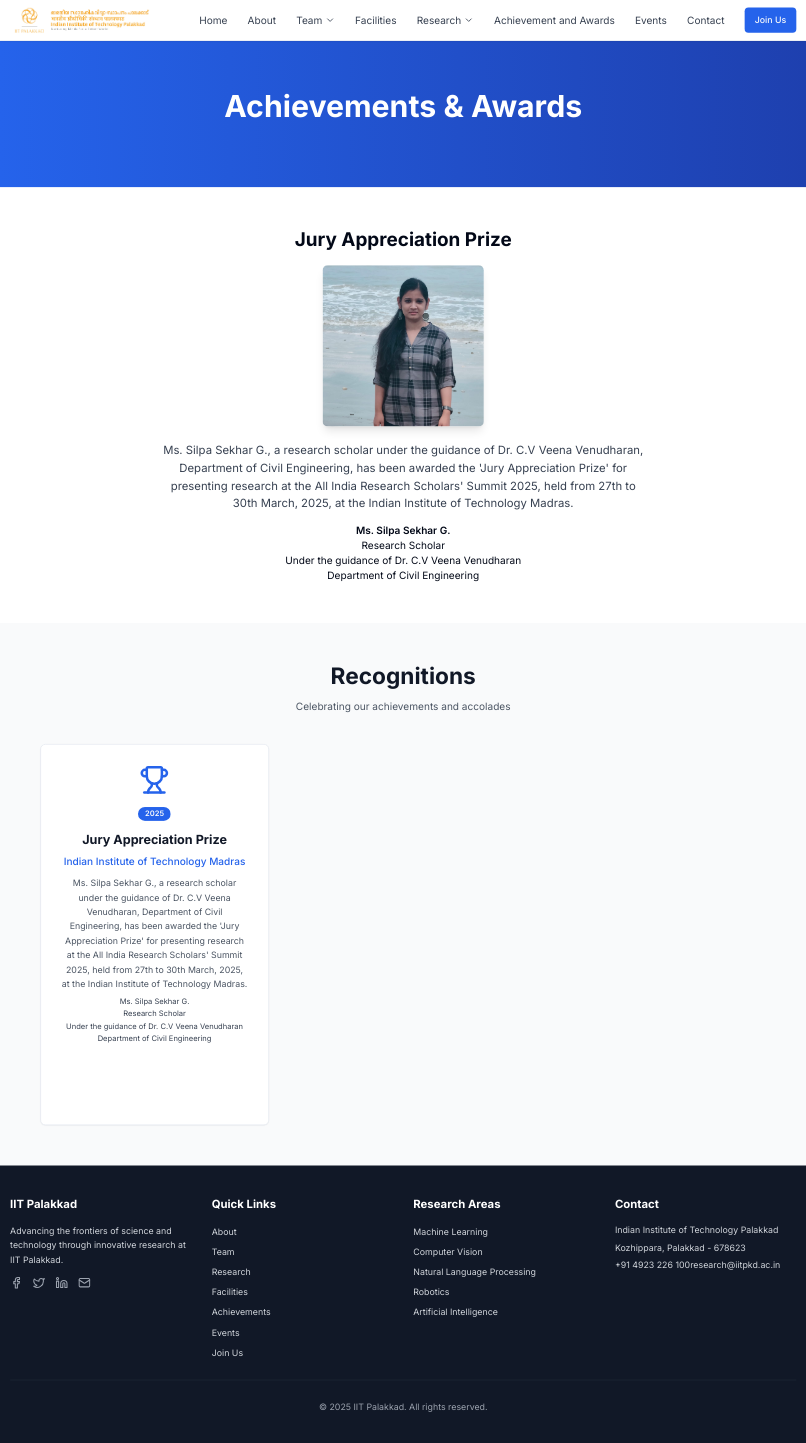
Repository: Gopikrish-30/ARISE
Page: /achievements
An editor plug-in stored every save of this project. The page is shown before and after a run of saves, followed by the edit.
The browser window is 1280 px wide. The pictures show the whole page, at 63% of full size.
The project was rebuilt for these pictures with package versions that can differ from the ones it lists, and the page was loaded fresh each time. The framework's server and built-in components were replaced by stand-ins that run in the browser. Also part of the build but not shown: next.config.mjs.

Above is the page before, as saved 2025-06-29 18:32:59.

### app/layout.tsx
import type React from "react"
import type { Metadata } from "next"
import { Inter } from "next/font/google"
import "./globals.css"
import { Navbar } from "@/components/navbar"
import { Footer } from "@/components/footer"

const inter = Inter({ subsets: ["latin"] })

export const metadata: Metadata = {
  title: "IIT Palakkad - Department Showcase",
  description: "Advancing the frontiers of science and technology through innovative research at IIT Palakkad",
}

export default function RootLayout({
  children,
}: {
  children: React.ReactNode
}) {
  return (
    <html lang="en">
      <body className={inter.className}>
        <Navbar />
        <main className="min-h-screen">{children}</main>
        <Footer />
      </body>
    </html>
  )
}

### app/achievements/page.tsx
"use client"

import Image from "next/image"
import { Recognitions } from "@/components/recognitions"

export default function AchievementsPage() {
  const achievement = {
    title: "Jury Appreciation Prize",
    description: `Ms. Silpa Sekhar G., a research scholar under the guidance of Dr. C.V Veena Venudharan, Department of Civil Engineering, has been awarded the 'Jury Appreciation Prize' for presenting research at the All India Research Scholars' Summit 2025, held from 27th to 30th March, 2025, at the Indian Institute of Technology Madras.`,
    imageSrc: "/Profile Photos/Silpa.jpg",
    imageAlt: "Ms. Silpa Sekhar G.",
  }

  return (
    <div className="bg-white min-h-screen">
      {/* Hero Section */}
      <section className="bg-gradient-to-r from-blue-600 to-blue-800 text-white py-20">
        <div className="container mx-auto px-4 text-center">
          <h1 className="text-4xl md:text-5xl font-bold mb-6">Achievements & Awards</h1>
        </div>
      </section>

      {/* Single Achievement Section */}
      <section className="py-16">
        <div className="container mx-auto px-4 flex flex-col items-center text-center">
          <h2 className="text-3xl font-bold mb-6">{achievement.title}</h2>
          <div className="w-64 h-64 mb-6 relative rounded-lg overflow-hidden shadow-lg">
            <Image
              src={achievement.imageSrc}
              alt={achievement.imageAlt}
              fill
              style={{ objectFit: "cover" }}
              priority
            />
          </div>
          <p className="max-w-3xl text-lg text-gray-700">{achievement.description}</p>
          <p className="mt-4 font-semibold">Ms. Silpa Sekhar G.</p>
          <p>Research Scholar</p>
          <p>Under the guidance of Dr. C.V Veena Venudharan</p>
          <p>Department of Civil Engineering</p>
        </div>
      </section>

      {/* Achievements Grid Section */}
      <Recognitions />
    </div>
  )
}

### app/globals.css
@tailwind base;
@tailwind components;
@tailwind utilities;

@layer base {
  :root {
    --background: 0 0% 100%;
    --foreground: 222.2 84% 4.9%;
    --card: 0 0% 100%;
    --card-foreground: 222.2 84% 4.9%;
    --popover: 0 0% 100%;
    --popover-foreground: 222.2 84% 4.9%;
    --primary: 221.2 83.2% 53.3%;
    --primary-foreground: 210 40% 98%;
    --secondary: 210 40% 96%;
    --secondary-foreground: 222.2 84% 4.9%;
    --muted: 210 40% 96%;
    --muted-foreground: 215.4 16.3% 46.9%;
    --accent: 210 40% 96%;
    --accent-foreground: 222.2 84% 4.9%;
    --destructive: 0 84.2% 60.2%;
    --destructive-foreground: 210 40% 98%;
    --border: 214.3 31.8% 91.4%;
    --input: 214.3 31.8% 91.4%;
    --ring: 221.2 83.2% 53.3%;
    --radius: 0.5rem;
  }

  .dark {
    --background: 222.2 84% 4.9%;
    --foreground: 210 40% 98%;
    --card: 222.2 84% 4.9%;
    --card-foreground: 210 40% 98%;
    --popover: 222.2 84% 4.9%;
    --popover-foreground: 210 40% 98%;
    --primary: 217.2 91.2% 59.8%;
    --primary-foreground: 222.2 84% 4.9%;
    --secondary: 217.2 32.6% 17.5%;
    --secondary-foreground: 210 40% 98%;
    --muted: 217.2 32.6% 17.5%;
    --muted-foreground: 215 20.2% 65.1%;
    --accent: 217.2 32.6% 17.5%;
    --accent-foreground: 210 40% 98%;
    --destructive: 0 62.8% 30.6%;
    --destructive-foreground: 210 40% 98%;
    --border: 217.2 32.6% 17.5%;
    --input: 217.2 32.6% 17.5%;
    --ring: 224.3 76.3% 94.1%;
  }
}

@layer base {
  * {
    @apply border-border;
  }
  body {
    @apply bg-background text-foreground;
  }
}

@layer utilities {
  .line-clamp-3 {
    display: -webkit-box;
    -webkit-line-clamp: 3;
    -webkit-box-orient: vertical;
    overflow: hidden;
  }
}

### components/navbar.tsx
"use client"

import { useState } from "react"
import Link from "next/link"
import { Button } from "@/components/ui/button"
import { Menu, X, ChevronDown } from "lucide-react"
import { DropdownMenu, DropdownMenuContent, DropdownMenuItem, DropdownMenuTrigger } from "@/components/ui/dropdown-menu"

export function Navbar() {
  const [isOpen, setIsOpen] = useState(false)

  return (
    <nav className="bg-white shadow-sm border-b sticky top-0 z-50">
      <div className="container mx-auto px-4">
        <div className="flex justify-between items-center h-16">
          {/* Logo */}
          <Link href="/" className="flex items-center space-x-2">
            <img src="/images/logo.jpg" alt="IIT Palakkad Logo" className="w-56 h-56 object-contain" />
            {/* Removed IIT Palakkad text as per request */}
          </Link>

          {/* Desktop Navigation */}
          <div className="hidden md:flex items-center space-x-8">
            <Link href="/" className="text-gray-700 hover:text-blue-600 transition-colors">
              Home
            </Link>
            <Link href="/about" className="text-gray-700 hover:text-blue-600 transition-colors">
              About
            </Link>

            {/* Team Dropdown */}
            <DropdownMenu>
              <DropdownMenuTrigger className="flex items-center text-gray-700 hover:text-blue-600 transition-colors">
                Team <ChevronDown className="ml-1 h-4 w-4" />
              </DropdownMenuTrigger>
              <DropdownMenuContent>
                <DropdownMenuItem asChild>
                  <Link href="/team">All Team</Link>
                </DropdownMenuItem>
                <DropdownMenuItem asChild>
                  <Link href="/team/faculty">Faculty</Link>
                </DropdownMenuItem>
                <DropdownMenuItem asChild>
                  <Link href="/team/scholars">Research Scholars</Link>
                </DropdownMenuItem>
              </DropdownMenuContent>
            </DropdownMenu>

            <Link href="/facilities" className="text-gray-700 hover:text-blue-600 transition-colors">
              Facilities
            </Link>

            {/* Research Dropdown */}
            <DropdownMenu>
              <DropdownMenuTrigger className="flex items-center text-gray-700 hover:text-blue-600 transition-colors">
                Research <ChevronDown className="ml-1 h-4 w-4" />
              </DropdownMenuTrigger>
              <DropdownMenuContent>
                                        <DropdownMenuItem asChild>
                                            <Link href="/research">Publications</Link>
                                        </DropdownMenuItem>
                                        <DropdownMenuItem asChild>
                                            <Link href="/research/programs">Programs</Link>
                                        </DropdownMenuItem>
              </DropdownMenuContent>
            </DropdownMenu>

            <Link href="/achievements" className="text-gray-700 hover:text-blue-600 transition-colors">
              Achievement and Awards
            </Link>
            <Link href="/events" className="text-gray-700 hover:text-blue-600 transition-colors">
              Events
            </Link>
            <Link href="/contact" className="text-gray-700 hover:text-blue-600 transition-colors">
              Contact
            </Link>
            <Button asChild className="bg-blue-600 hover:bg-blue-700">
              <Link href="/join-us">Join Us</Link>
            </Button>
          </div>

          {/* Mobile menu button */}
          <button className="md:hidden" onClick={() => setIsOpen(!isOpen)}>
            {isOpen ? <X className="h-6 w-6" /> : <Menu className="h-6 w-6" />}
          </button>
        </div>

        {/* Mobile Navigation */}
        {isOpen && (
          <div className="md:hidden py-4 border-t">
            <div className="flex flex-col space-y-4">
              <Link href="/" className="text-gray-700 hover:text-blue-600 transition-colors">
                Home
              </Link>
              <Link href="/about" className="text-gray-700 hover:text-blue-600 transition-colors">
                About
              </Link>
              <Link href="/team" className="text-gray-700 hover:text-blue-600 transition-colors">
                Team
              </Link>
              <Link href="/facilities" className="text-gray-700 hover:text-blue-600 transition-colors">
                Facilities
              </Link>
              <Link href="/research" className="text-gray-700 hover:text-blue-600 transition-colors">
                Research
              </Link>
              <Link href="/achievements" className="text-gray-700 hover:text-blue-600 transition-colors">
                Achievement and Awards
              </Link>
              <Link href="/events" className="text-gray-700 hover:text-blue-600 transition-colors">
                Events
              </Link>
              <Link href="/contact" className="text-gray-700 hover:text-blue-600 transition-colors">
                Contact
              </Link>
              <Button asChild className="bg-blue-600 hover:bg-blue-700 w-fit">
                <Link href="/join-us">Join Us</Link>
              </Button>
            </div>
          </div>
        )}
      </div>
    </nav>
  )
}

### components/footer.tsx
"use client"

import Link from "next/link"
import { Facebook, Twitter, Linkedin, Mail } from "lucide-react"

export function Footer() {
  const handleSocialClick = (platform: string) => {
    const socialLinks = {
      facebook: "https://facebook.com/iitpalakkad",
      twitter: "https://twitter.com/iitpalakkad",
      linkedin: "https://linkedin.com/school/iit-palakkad",
      email: "mailto:info@iitpkd.ac.in",
    }

    if (platform === "email") {
      window.location.href = socialLinks.email
    } else {
      window.open(socialLinks[platform], "_blank", "noopener,noreferrer")
    }
  }

  return (
    <footer className="bg-gray-900 text-white">
      <div className="container mx-auto px-4 py-12">
        <div className="grid md:grid-cols-4 gap-8">
          {/* About */}
          <div>
            <h3 className="text-lg font-bold mb-4">IIT Palakkad</h3>
            <p className="text-gray-300 text-sm leading-relaxed mb-4">
              Advancing the frontiers of science and technology through innovative research at IIT Palakkad.
            </p>
            <div className="flex space-x-4">
              <Facebook
                className="w-5 h-5 text-gray-400 hover:text-white cursor-pointer transition-colors"
                onClick={() => handleSocialClick("facebook")}
              />
              <Twitter
                className="w-5 h-5 text-gray-400 hover:text-white cursor-pointer transition-colors"
                onClick={() => handleSocialClick("twitter")}
              />
              <Linkedin
                className="w-5 h-5 text-gray-400 hover:text-white cursor-pointer transition-colors"
                onClick={() => handleSocialClick("linkedin")}
              />
              <Mail
                className="w-5 h-5 text-gray-400 hover:text-white cursor-pointer transition-colors"
                onClick={() => handleSocialClick("email")}
              />
            </div>
          </div>

          {/* Quick Links */}
          <div>
            <h3 className="text-lg font-bold mb-4">Quick Links</h3>
            <ul className="space-y-2">
              <li>
                <Link href="/about" className="text-gray-300 hover:text-white text-sm">
                  About
                </Link>
              </li>
              <li>
                <Link href="/team" className="text-gray-300 hover:text-white text-sm">
                  Team
                </Link>
              </li>
              <li>
                <Link href="/research" className="text-gray-300 hover:text-white text-sm">
                  Research
                </Link>
              </li>
              <li>
                <Link href="/facilities" className="text-gray-300 hover:text-white text-sm">
                  Facilities
                </Link>
              </li>
              <li>
                <Link href="/achievements" className="text-gray-300 hover:text-white text-sm">
                  Achievements
                </Link>
              </li>
              <li>
                <Link href="/events" className="text-gray-300 hover:text-white text-sm">
                  Events
                </Link>
              </li>
              <li>
                <Link href="/join-us" className="text-gray-300 hover:text-white text-sm">
                  Join Us
                </Link>
              </li>
            </ul>
          </div>

          {/* Research Areas */}
          <div>
            <h3 className="text-lg font-bold mb-4">Research Areas</h3>
            <ul className="space-y-2">
              <li>
                <span className="text-gray-300 text-sm">Machine Learning</span>
              </li>
              <li>
                <span className="text-gray-300 text-sm">Computer Vision</span>
              </li>
              <li>
                <span className="text-gray-300 text-sm">Natural Language Processing</span>
              </li>
              <li>
                <span className="text-gray-300 text-sm">Robotics</span>
              </li>
              <li>
                <span className="text-gray-300 text-sm">Artificial Intelligence</span>
              </li>
            </ul>
          </div>

          {/* Contact */}
          <div>
            <h3 className="text-lg font-bold mb-4">Contact</h3>
            <div className="space-y-2 text-sm text-gray-300">
              <p>Indian Institute of Technology Palakkad</p>
              <p>Kozhippara, Palakkad - 678623</p>
              <button
                onClick={() => (window.location.href = "tel:+914923226100")}
                className="hover:text-white transition-colors cursor-pointer"
              >
                +91 4923 226 100
              </button>
              <button
                onClick={() => (window.location.href = "mailto:research@iitpkd.ac.in")}
                className="hover:text-white transition-colors cursor-pointer"
              >
                research@iitpkd.ac.in
              </button>
            </div>
          </div>
        </div>

        <div className="border-t border-gray-800 mt-8 pt-8 text-center">
          <p className="text-gray-400 text-sm">© {new Date().getFullYear()} IIT Palakkad. All rights reserved.</p>
        </div>
      </div>
    </footer>
  )
}

### components/recognitions.tsx
"use client"

import { Card, CardContent } from "@/components/ui/card"
import { Badge } from "@/components/ui/badge"
import { Award, Trophy, Medal } from "lucide-react"
import { Button } from "@/components/ui/button"

export function Recognitions() {
  const recognitions = [
    {
      title: "Jury Appreciation Prize",
      organization: "Indian Institute of Technology Madras",
      year: "2025",
      description: "Ms. Silpa Sekhar G., a research scholar under the guidance of Dr. C.V Veena Venudharan, Department of Civil Engineering, has been awarded the 'Jury Appreciation Prize' for presenting research at the All India Research Scholars' Summit 2025, held from 27th to 30th March, 2025, at the Indian Institute of Technology Madras.",
      icon: Trophy,
      extraInfo: [
        "Ms. Silpa Sekhar G.",
        "Research Scholar",
        "Under the guidance of Dr. C.V Veena Venudharan",
        "Department of Civil Engineering",
      ],
    },
  ]

  const handleRecognitionClick = (recognition: any) => {
    // Navigate to achievements page with specific recognition
    window.location.href = "/achievements"
  }

  const handleViewCertificate = (recognition: any) => {
    // Open certificate or award details
    window.open(`/certificates/${recognition.title.toLowerCase().replace(/\s+/g, "-")}.pdf`, "_blank")
  }

  return (
    <section className="py-16 bg-gray-50">
      <div className="container mx-auto px-4">
        <div className="text-center mb-12">
          <h2 className="text-3xl md:text-4xl font-bold text-gray-900 mb-4">Recognitions</h2>
          <p className="text-gray-600">Celebrating our achievements and accolades</p>
        </div>

        <div className="grid md:grid-cols-3 gap-8 max-w-6xl mx-auto">
          {recognitions.map((recognition, index) => (
            <Card
              key={index}
              className="text-center hover:shadow-lg transition-shadow cursor-pointer group"
              onClick={() => handleRecognitionClick(recognition)}
            >
              <CardContent className="p-8">
                <recognition.icon className="w-12 h-12 text-blue-600 mx-auto mb-4" />
                <Badge className="mb-4">{recognition.year}</Badge>
                <h3 className="text-xl font-bold text-gray-900 mb-2">{recognition.title}</h3>
                <p className="text-blue-600 font-medium mb-3">{recognition.organization}</p>
                <p className="text-gray-600 text-sm leading-relaxed">{recognition.description}</p>
                {recognition.extraInfo && (
                  <ul className="text-gray-700 text-xs mt-2 space-y-1">
                    {recognition.extraInfo.map((info, idx) => (
                      <li key={idx}>{info}</li>
                    ))}
                  </ul>
                )}
                <div className="mt-4 space-y-2 opacity-0 group-hover:opacity-100 transition-opacity">
                  <Button
                    size="sm"
                    className="w-full bg-blue-600 hover:bg-blue-700"
                    onClick={(e) => {
                      e.stopPropagation()
                      handleViewCertificate(recognition)
                    }}
                  >
                    View Certificate
                  </Button>
                  <Button
                    size="sm"
                    variant="outline"
                    className="w-full"
                    onClick={(e) => {
                      e.stopPropagation()
                      handleRecognitionClick(recognition)
                    }}
                  >
                    Learn More
                  </Button>
                </div>
              </CardContent>
            </Card>
          ))}
        </div>
      </div>
    </section>
  )
}

### components/ui/button.tsx
import * as React from "react"
import { Slot } from "@radix-ui/react-slot"
import { cva, type VariantProps } from "class-variance-authority"

import { cn } from "@/lib/utils"

const buttonVariants = cva(
  "inline-flex items-center justify-center gap-2 whitespace-nowrap rounded-md text-sm font-medium ring-offset-background transition-colors focus-visible:outline-none focus-visible:ring-2 focus-visible:ring-ring focus-visible:ring-offset-2 disabled:pointer-events-none disabled:opacity-50 [&_svg]:pointer-events-none [&_svg]:size-4 [&_svg]:shrink-0",
  {
    variants: {
      variant: {
        default: "bg-primary text-primary-foreground hover:bg-primary/90",
        destructive:
          "bg-destructive text-destructive-foreground hover:bg-destructive/90",
        outline:
          "border border-input bg-background hover:bg-accent hover:text-accent-foreground",
        secondary:
          "bg-secondary text-secondary-foreground hover:bg-secondary/80",
        ghost: "hover:bg-accent hover:text-accent-foreground",
        link: "text-primary underline-offset-4 hover:underline",
      },
      size: {
        default: "h-10 px-4 py-2",
        sm: "h-9 rounded-md px-3",
        lg: "h-11 rounded-md px-8",
        icon: "h-10 w-10",
      },
    },
    defaultVariants: {
      variant: "default",
      size: "default",
    },
  }
)

export interface ButtonProps
  extends React.ButtonHTMLAttributes<HTMLButtonElement>,
    VariantProps<typeof buttonVariants> {
  asChild?: boolean
}

const Button = React.forwardRef<HTMLButtonElement, ButtonProps>(
  ({ className, variant, size, asChild = false, ...props }, ref) => {
    const Comp = asChild ? Slot : "button"
    return (
      <Comp
        className={cn(buttonVariants({ variant, size, className }))}
        ref={ref}
        {...props}
      />
    )
  }
)
Button.displayName = "Button"

export { Button, buttonVariants }

### components/ui/card.tsx
import * as React from "react"

import { cn } from "@/lib/utils"

const Card = React.forwardRef<
  HTMLDivElement,
  React.HTMLAttributes<HTMLDivElement>
>(({ className, ...props }, ref) => (
  <div
    ref={ref}
    className={cn(
      "rounded-lg border bg-card text-card-foreground shadow-sm",
      className
    )}
    {...props}
  />
))
Card.displayName = "Card"

const CardHeader = React.forwardRef<
  HTMLDivElement,
  React.HTMLAttributes<HTMLDivElement>
>(({ className, ...props }, ref) => (
  <div
    ref={ref}
    className={cn("flex flex-col space-y-1.5 p-6", className)}
    {...props}
  />
))
CardHeader.displayName = "CardHeader"

const CardTitle = React.forwardRef<
  HTMLDivElement,
  React.HTMLAttributes<HTMLDivElement>
>(({ className, ...props }, ref) => (
  <div
    ref={ref}
    className={cn(
      "text-2xl font-semibold leading-none tracking-tight",
      className
    )}
    {...props}
  />
))
CardTitle.displayName = "CardTitle"

const CardDescription = React.forwardRef<
  HTMLDivElement,
  React.HTMLAttributes<HTMLDivElement>
>(({ className, ...props }, ref) => (
  <div
    ref={ref}
    className={cn("text-sm text-muted-foreground", className)}
    {...props}
  />
))
CardDescription.displayName = "CardDescription"

const CardContent = React.forwardRef<
  HTMLDivElement,
  React.HTMLAttributes<HTMLDivElement>
>(({ className, ...props }, ref) => (
  <div ref={ref} className={cn("p-6 pt-0", className)} {...props} />
))
CardContent.displayName = "CardContent"

const CardFooter = React.forwardRef<
  HTMLDivElement,
  React.HTMLAttributes<HTMLDivElement>
>(({ className, ...props }, ref) => (
  <div
    ref={ref}
    className={cn("flex items-center p-6 pt-0", className)}
    {...props}
  />
))
CardFooter.displayName = "CardFooter"

export { Card, CardHeader, CardFooter, CardTitle, CardDescription, CardContent }

### components/ui/badge.tsx
import * as React from "react"
import { cva, type VariantProps } from "class-variance-authority"

import { cn } from "@/lib/utils"

const badgeVariants = cva(
  "inline-flex items-center rounded-full border px-2.5 py-0.5 text-xs font-semibold transition-colors focus:outline-none focus:ring-2 focus:ring-ring focus:ring-offset-2",
  {
    variants: {
      variant: {
        default:
          "border-transparent bg-primary text-primary-foreground hover:bg-primary/80",
        secondary:
          "border-transparent bg-secondary text-secondary-foreground hover:bg-secondary/80",
        destructive:
          "border-transparent bg-destructive text-destructive-foreground hover:bg-destructive/80",
        outline: "text-foreground",
      },
    },
    defaultVariants: {
      variant: "default",
    },
  }
)

export interface BadgeProps
  extends React.HTMLAttributes<HTMLDivElement>,
    VariantProps<typeof badgeVariants> {}

function Badge({ className, variant, ...props }: BadgeProps) {
  return (
    <div className={cn(badgeVariants({ variant }), className)} {...props} />
  )
}

export { Badge, badgeVariants }

Loaded but not shown: lib/utils.ts (common file); tailwind.config.ts (common file); components/ui/dropdown-menu.tsx (200 lines, source omitted)

After the next 9 saves:
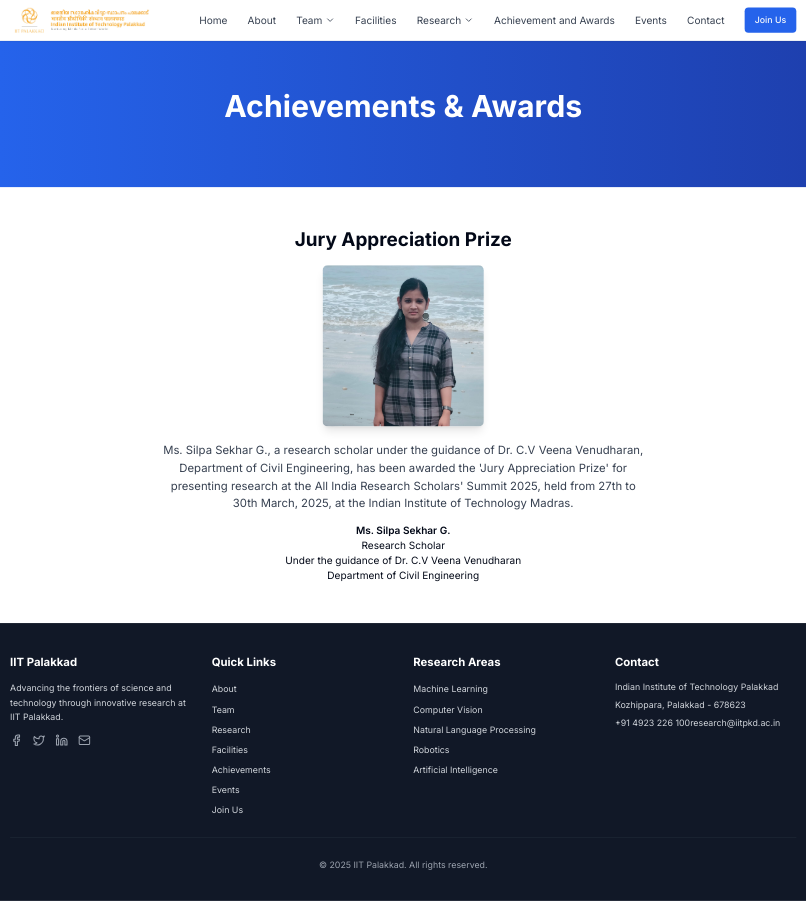
The 9 saves are shown as one change because they came seconds apart.
The last was saved 82 s later.
--- a/app/achievements/page.tsx
+++ b/app/achievements/page.tsx
@@ -1,7 +1,6 @@
 "use client"
 
 import Image from "next/image"
-import { Recognitions } from "@/components/recognitions"
 
 export default function AchievementsPage() {
   const achievement = {
@@ -40,9 +39,6 @@
           <p>Department of Civil Engineering</p>
         </div>
       </section>
-
-      {/* Achievements Grid Section */}
-      <Recognitions />
     </div>
   )
 }
